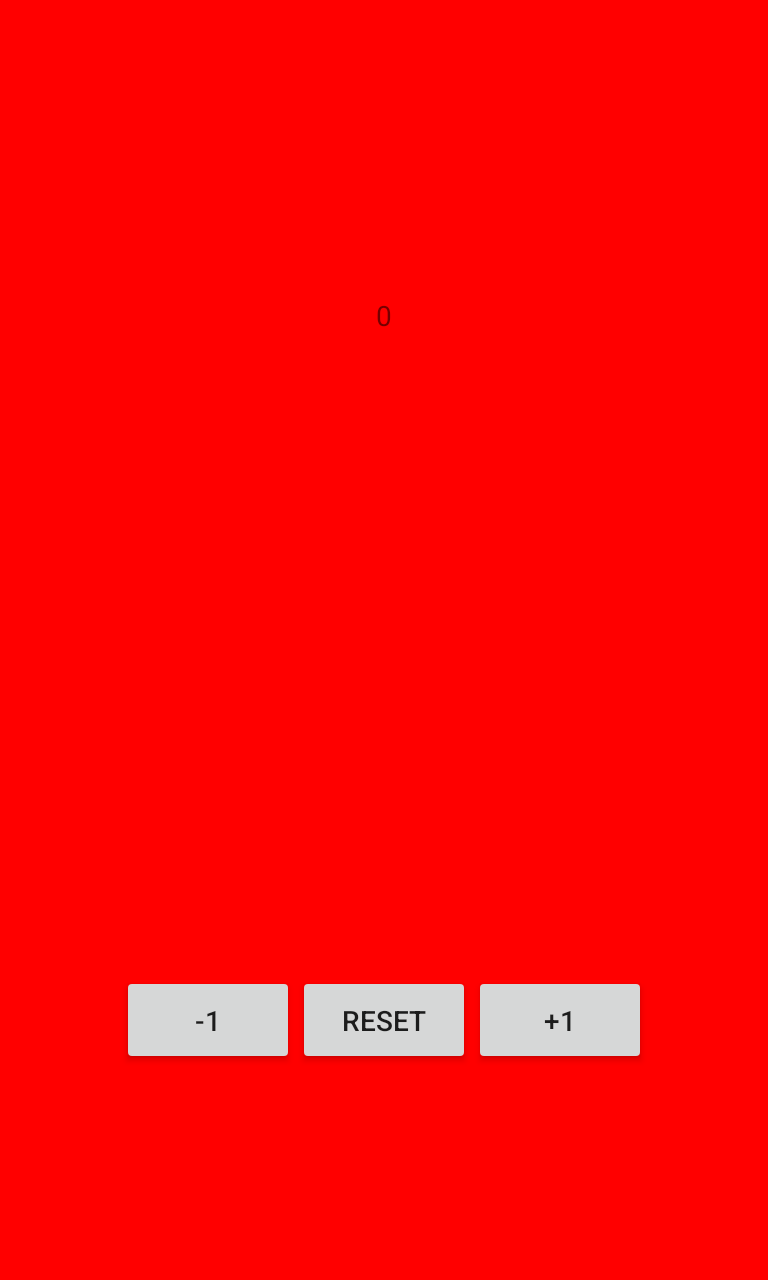
Repository: deltap1/iD-Tech-Repo
Layout: IDTechProject/res/layout/activity_main.xml
The author's editor kept a copy of each file at every save. The layout is drawn from the files as they stood at one save, then again after the next save.
It is drawn on a 768 x 1280 px phone screen (xhdpi) without system bars, with theme AppTheme; the app's code is not run.

Above is the layout before, as saved 2014-07-08 15:47:59.

### IDTechProject/res/layout/activity_main.xml
<RelativeLayout xmlns:android="http://schemas.android.com/apk/res/android"
    xmlns:tools="http://schemas.android.com/tools"
    android:layout_width="match_parent"
    android:layout_height="match_parent"
    android:paddingBottom="@dimen/activity_vertical_margin"
    android:paddingLeft="@dimen/activity_horizontal_margin"
    android:paddingRight="@dimen/activity_horizontal_margin"
    android:paddingTop="@dimen/activity_vertical_margin"
    tools:context="com.masonl.idtechproject.MainActivity"
    android:background="#FF0000" >

    <TextView
        android:id="@+id/textView1"
        android:layout_width="wrap_content"
        android:layout_height="wrap_content"
        android:layout_alignParentTop="true"
        android:layout_centerHorizontal="true"
        android:layout_marginTop="132dp"
        android:text="0" />

    <Button
        android:id="@+id/button2"
        android:layout_width="wrap_content"
        android:layout_height="wrap_content"
        android:layout_alignBaseline="@+id/button1"
        android:layout_alignBottom="@+id/button1"
        android:layout_toLeftOf="@+id/button1"
        android:text="-1" />

    <Button
        android:id="@+id/button3"
        android:layout_width="wrap_content"
        android:layout_height="wrap_content"
        android:layout_alignBaseline="@+id/button1"
        android:layout_alignBottom="@+id/button1"
        android:layout_toRightOf="@+id/button1"
        android:text="+1" />

    <Button
        android:id="@+id/button1"
        android:layout_width="wrap_content"
        android:layout_height="wrap_content"
        android:layout_alignParentBottom="true"
        android:layout_centerHorizontal="true"
        android:layout_marginBottom="90dp"
        android:text="Reset" />

</RelativeLayout>

Loaded but not shown: IDTechProject/res/values/styles.xml (common file); IDTechProject/res/values-v11/styles.xml (common file); IDTechProject/res/values-v14/styles.xml (common file); IDTechProject/res/values/dimens.xml (common file); IDTechProject/res/values-w820dp/dimens.xml (common file)

After the next save:
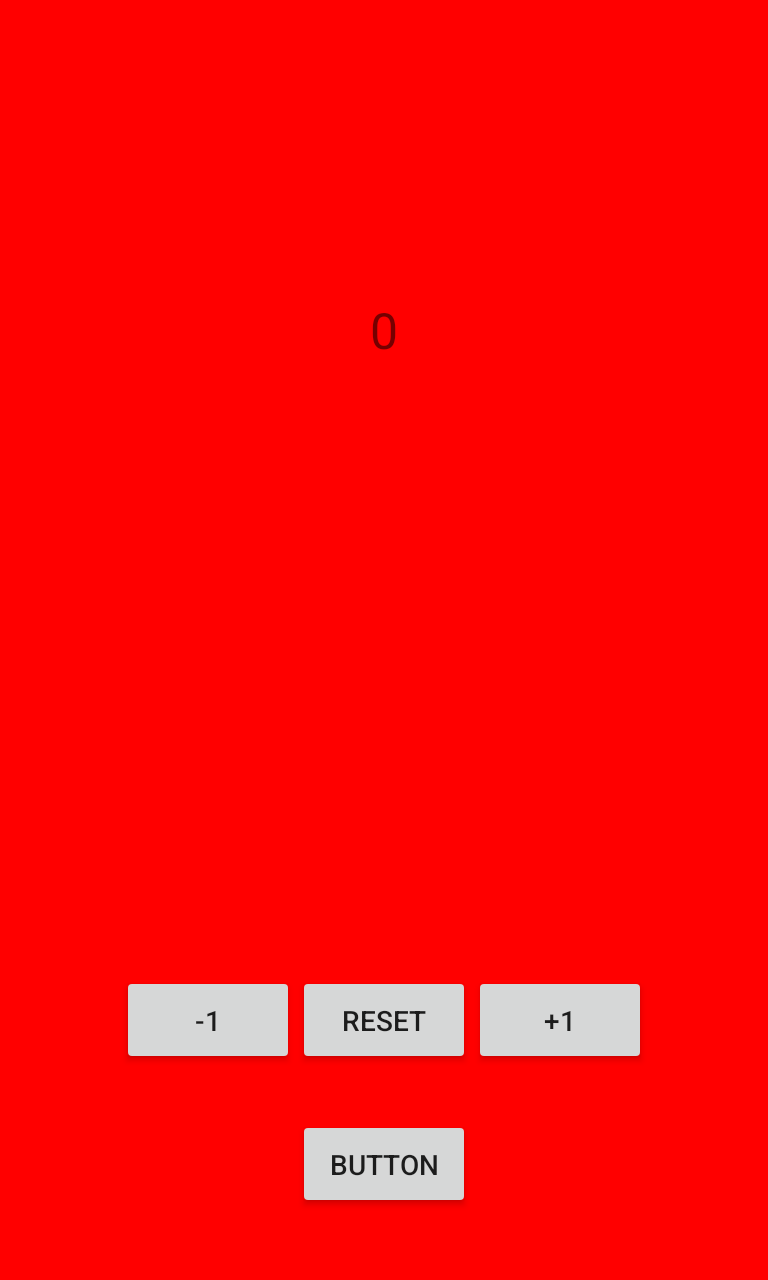
Saved 4 min 23 s later.
--- a/IDTechProject/res/layout/activity_main.xml
+++ b/IDTechProject/res/layout/activity_main.xml
@@ -16,7 +16,8 @@
         android:layout_alignParentTop="true"
         android:layout_centerHorizontal="true"
         android:layout_marginTop="132dp"
-        android:text="0" />
+        android:text="0"
+        android:textSize="25sp" />
 
     <Button
         android:id="@+id/button2"
@@ -45,4 +46,13 @@
         android:layout_marginBottom="90dp"
         android:text="Reset" />
 
+    <Button
+        android:id="@+id/button4"
+        android:layout_width="wrap_content"
+        android:layout_height="wrap_content"
+        android:layout_below="@+id/button2"
+        android:layout_marginTop="24dp"
+        android:layout_toRightOf="@+id/button2"
+        android:text="Button" />
+
 </RelativeLayout>
